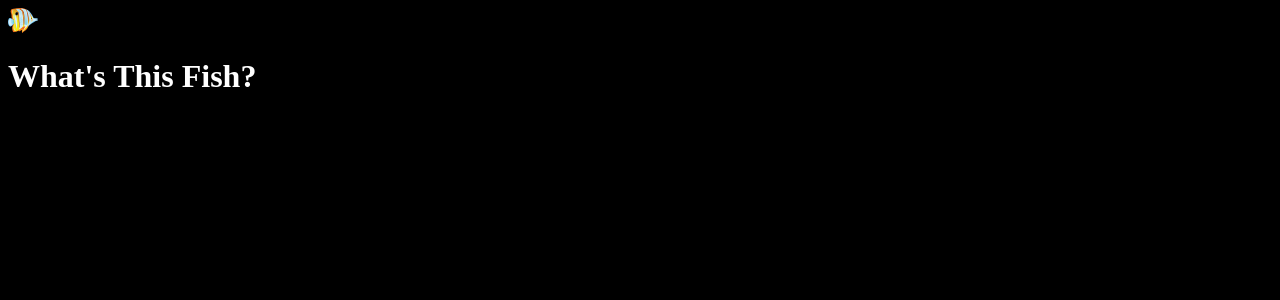
Repository: ulyfm/whatsthis.fish
Page: FishServer/externalpages/index.html
An editor plug-in stored every save of this project. The page is shown before and after a run of saves, followed by the edit.
The browser window is 1280 px wide. The pictures show the whole page.
Some web fonts or font styles are not loaded; a fallback is used.

Above is the page before, as saved 2017-01-04 17:58:31.

### FishServer/externalpages/index.html
<!DOCTYPE html>
<html>
	<head>
		<title>WhatsThisFish</title>
		<link rel='stylesheet' type='text/css' href='fish.css'>
		<script src='fish.js' type='text/javascript'></script>
		<link href="https://fonts.googleapis.com/css?family=Alegreya" rel="stylesheet">
	</head>
	<body>
		<img src='drivingthattrainhighoncocaine.svg' id='logo'>
		<h1>What's This Fish?</h1>

	</body>
</html>

### FishServer/externalpages/fish.css
html{
	background: #000000;
	color: #ffffff;
}
h1 {
	font-family: 'Alegreya', serif;
}
#logo {
	width: 30px;
	display:
}

Loaded but not shown: FishServer/externalpages/fish.js (no stored copy; drawn as an empty file)

After the next 2 saves:
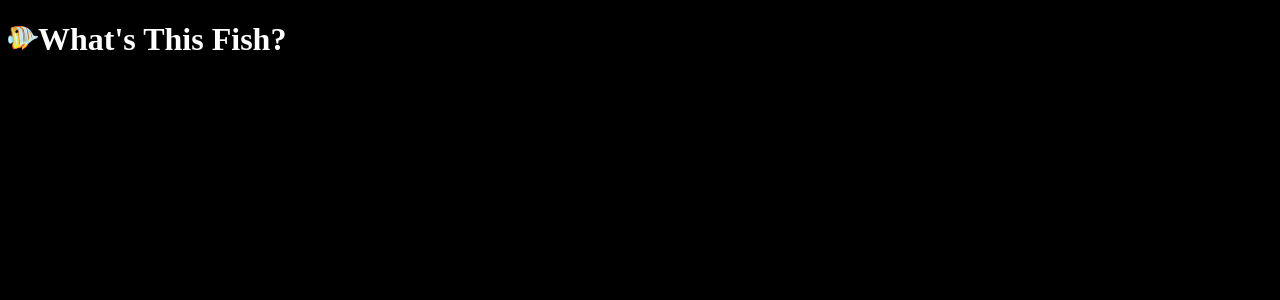
The 2 saves are shown as one change because they came seconds apart.
The last was saved 36 s later.
--- a/FishServer/externalpages/index.html
+++ b/FishServer/externalpages/index.html
@@ -7,8 +7,7 @@
 		<link href="https://fonts.googleapis.com/css?family=Alegreya" rel="stylesheet">
 	</head>
 	<body>
-		<img src='drivingthattrainhighoncocaine.svg' id='logo'>
-		<h1>What's This Fish?</h1>
+		<h1><img src='drivingthattrainhighoncocaine.svg' id='logo'>What's This Fish?</h1>
 
 	</body>
 </html>
